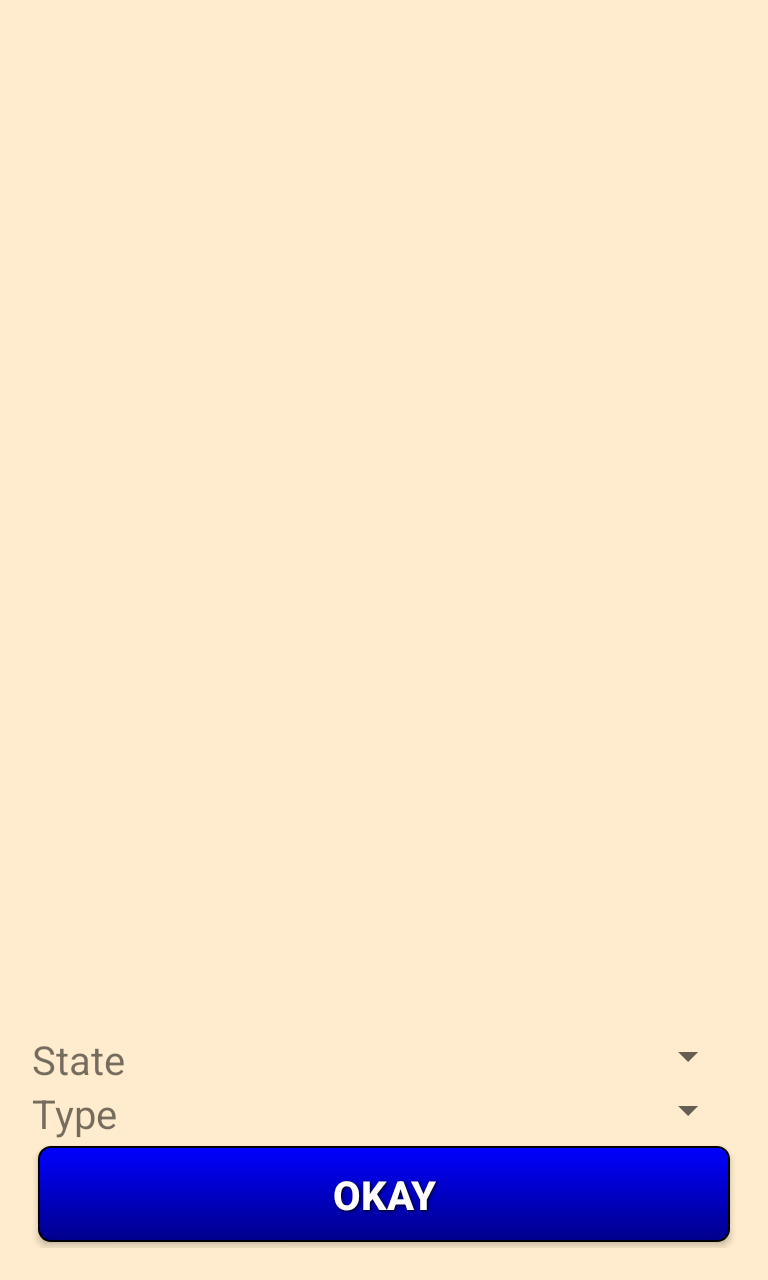
Repository: ayushshah/indsafari
Layout: Indian Safari/res/layout/activity_main.xml
These files come from the project's save history. The layout is drawn as it stood at one moment and after the next save; the edit follows.
It is drawn on a 768 x 1280 px phone screen (xhdpi) without system bars, with theme AppTheme; the app's code is not run. The app's manifest (not shown) leaves right-to-left support off. So textAlignment, textDirection and layoutDirection are ignored, and left and right values win over start and end ones.

Above is the layout before, as saved 2014-07-27 18:45:59.

After the next save:
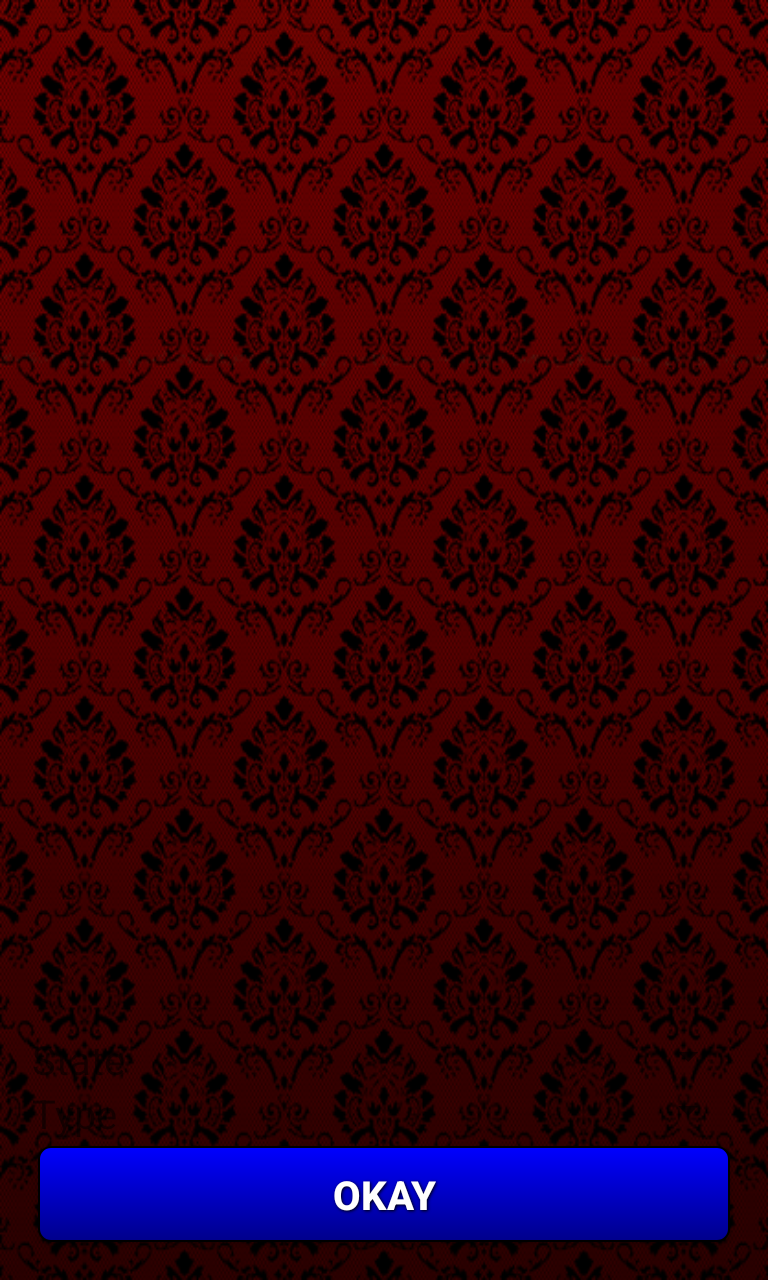
Saved 14 h 20 min later.
--- a/Indian Safari/res/layout/activity_main.xml
+++ b/Indian Safari/res/layout/activity_main.xml
@@ -5,6 +5,7 @@
      android:background="@color/BlanchedAlmond"
      android:gravity="bottom"
     android:orientation="vertical"
+    android:background="@drawable/back2"
     android:paddingBottom="@dimen/activity_vertical_margin"
     android:paddingLeft="@dimen/activity_horizontal_margin"
     android:paddingRight="@dimen/activity_horizontal_margin"
